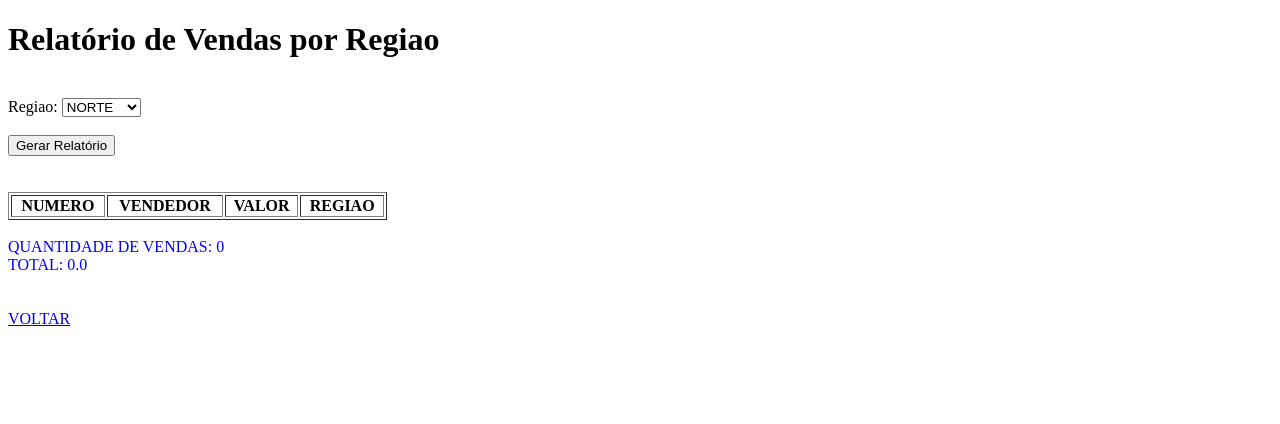
Repository: gabriellacrystina/workspaceWeb
Page: http://localhost/PrjVendas/RelatorioVendasRegiao.jsp
The author's editor kept a copy of each file at every save. The page is drawn from the files as they stood at one save, then again after the next save.
The browser window is 1280 px wide. The pictures show the whole page.
The page is served by Tomcat 9. Other server files are loaded and not shown.

Above is the page before, as saved 2015-09-23 19:22:48.

### PrjVendas/WebContent/RelatorioVendasRegiao.jsp
<%@ page language="java" contentType="text/html; charset=ISO-8859-1"
    pageEncoding="ISO-8859-1"%>
<%@ page import="Modelo.Venda" %>
<%@ page import="Modelo.Regiao" %>
<%@ page import="java.util.ArrayList" %>
<!DOCTYPE html PUBLIC "-//W3C//DTD HTML 4.01 Transitional//EN" "http://www.w3.org/TR/html4/loose.dtd">
<html>
	<head>
	<meta http-equiv="Content-Type" content="text/html; charset=ISO-8859-1">
	<title>Relatorio por Regiao</title>
	</head>
	<body>
		<form action="RelatorioVendasRegiao" method="post">
		<h1>Relatório de Vendas por Regiao</h1><br>

		Regiao:
		<select name="regiao">
			<%
				for(Regiao regiao: Regiao.values()){
				%>
					<option value = "<%=regiao.name()%>"><%=regiao.name()%></option>
				<%
				}
			%>
		</select><br><br>
		<input type="submit" name="btnSubmit" value="Gerar Relatório"><br><br><br>
		</form>
		<!--Fim o formulario-->
		<%
			ArrayList<Venda> relatorio = (ArrayList<Venda>) session.getAttribute("relatorio");
			int qtde = 0;
			double total = 0;
		%>

		<table border="1" style="width:30%">
			<thead>
				<tr>
					<th>NUMERO</th>
					<th>VENDEDOR</th>
					<th>VALOR</th>
					<th>REGIAO</th>
				</tr>
			</thead>
			<%
				if(relatorio != null){
					for(Venda vendas : relatorio){
					%>
						<tr>
							<td><center><%= vendas.getNumeroVenda() %></center></td>
							<td><center><%= vendas.getVendedor().getNome() %></center></td>
							<td><center><%= vendas.getValorVenda() %></center></td>
							<td><center><%= vendas.getRegiao() %></center></td>
							<% qtde++;
							   total += vendas.getValorVenda();
							%>
						</tr>
					<%
					}
				}
			%>
		</table><br>
		<div style="color:#0000FF">
			QUANTIDADE DE VENDAS: <%=qtde%><br>
			TOTAL: <%=total%>
		</div><br><br>
		<a href="Menu.jsp">VOLTAR</a><br>
	</body>
</html>

### PrjVendas/src/Modelo/Regiao.java
package Modelo;

public enum Regiao {
	NORTE, SUL, LESTE, OESTE, CENTRO;
}

After the next save:
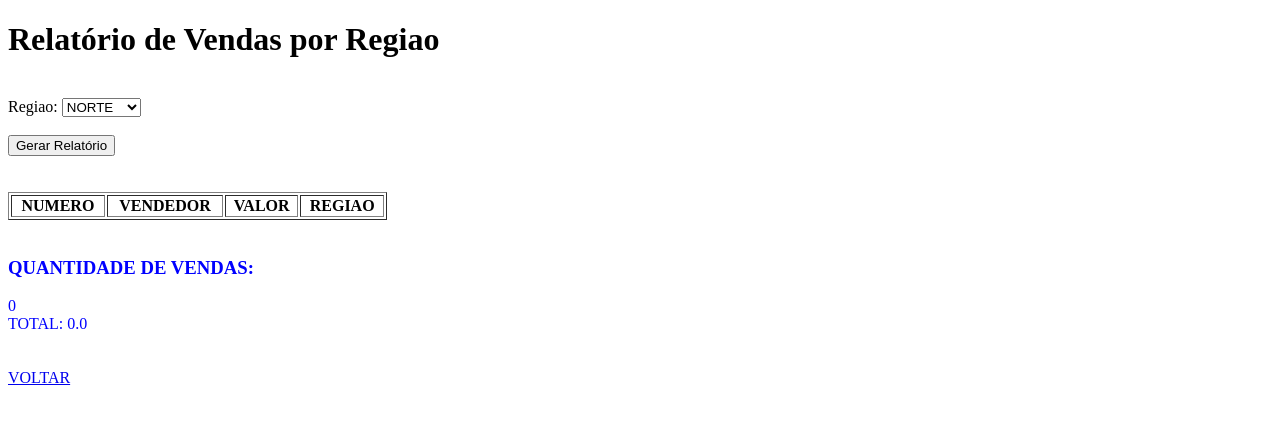
Saved 55 s later.
--- a/PrjVendas/WebContent/RelatorioVendasRegiao.jsp
+++ b/PrjVendas/WebContent/RelatorioVendasRegiao.jsp
@@ -60,7 +60,7 @@
 			%>
 		</table><br>
 		<div style="color:#0000FF">
-			QUANTIDADE DE VENDAS: <%=qtde%><br>
+			<h3>QUANTIDADE DE VENDAS:</h3><%=qtde%><br>
 			TOTAL: <%=total%>
 		</div><br><br>
 		<a href="Menu.jsp">VOLTAR</a><br>

After the save that followed:
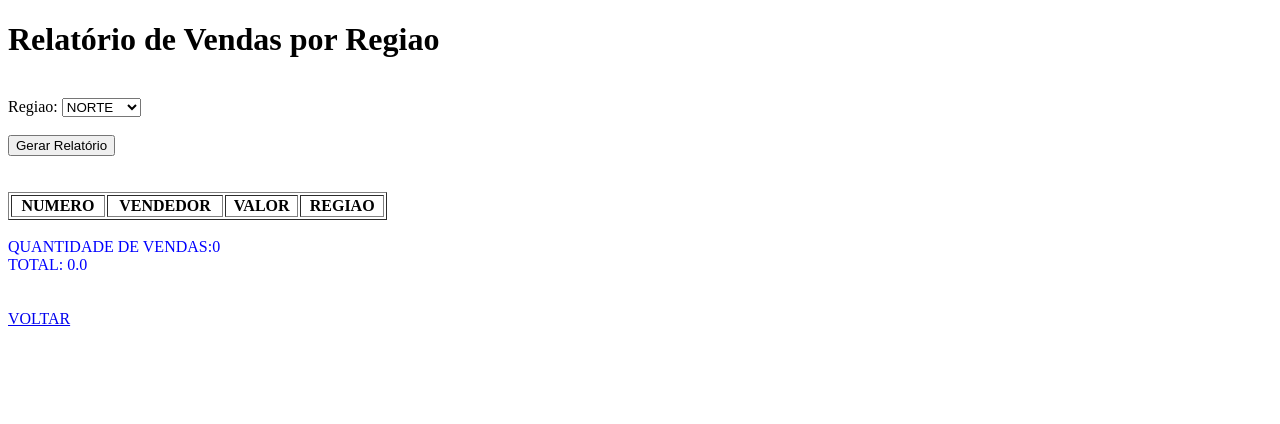
Saved 32 s later.
--- a/PrjVendas/WebContent/RelatorioVendasRegiao.jsp
+++ b/PrjVendas/WebContent/RelatorioVendasRegiao.jsp
@@ -60,7 +60,7 @@
 			%>
 		</table><br>
 		<div style="color:#0000FF">
-			<h3>QUANTIDADE DE VENDAS:</h3><%=qtde%><br>
+			QUANTIDADE DE VENDAS:<%=qtde%><br>
 			TOTAL: <%=total%>
 		</div><br><br>
 		<a href="Menu.jsp">VOLTAR</a><br>
